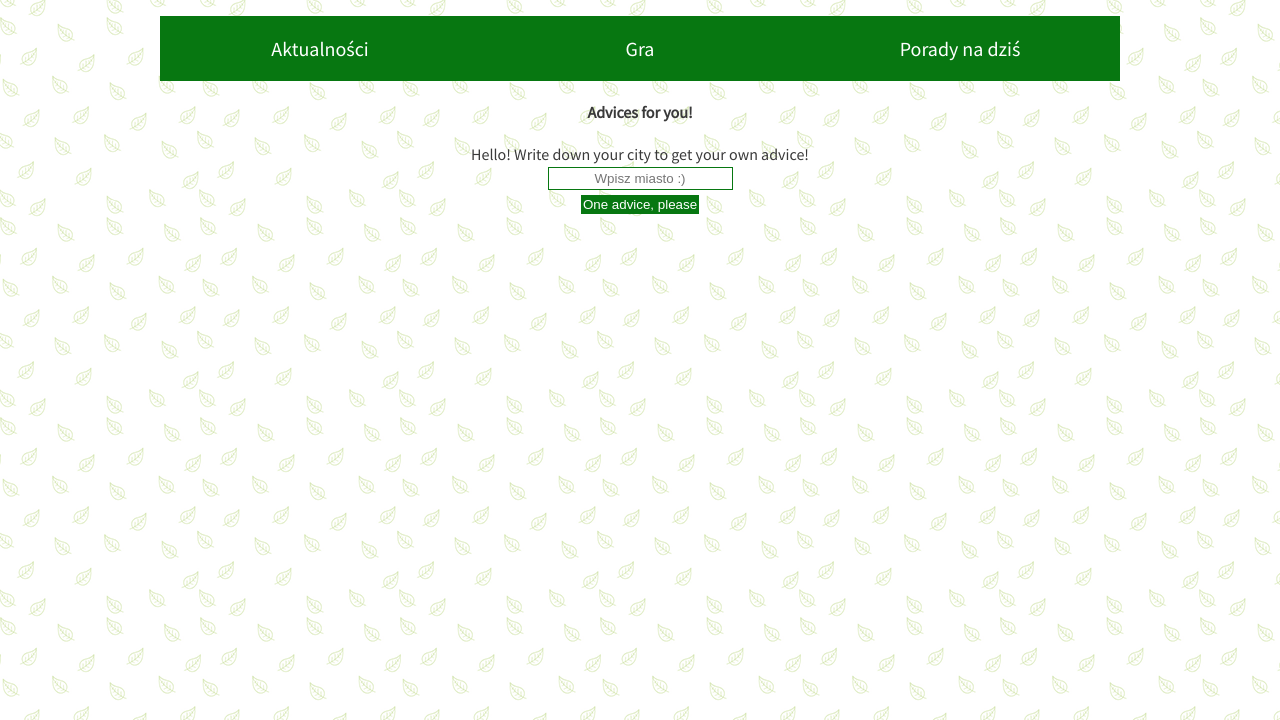
Repository: Karina-00/hackyea
Page: hackyea-master/frontend/pogoda/advice.html
The author's editor kept a copy of each file at every save. The page is drawn from the files as they stood at one save, then again after the next save.
The browser window is 1280 px wide. The pictures show the whole page.

Above is the page before, as saved 2019-09-15 13:39:59.

### hackyea-master/frontend/pogoda/advice.html
<!DOCTYPE HTML>
<html lang="en">
<head>
        <meta charset="utf-8" />
        <meta name="viewport" content="width=device-width, initial-scale=1">
        <meta name="description" content="Get your own environmental advice!"/>
        <link href="https://fonts.googleapis.com/css?family=Source+Sans+Pro&display=swap&subset=latin-ext" rel="stylesheet">
        <link rel="stylesheet" type="text/css" href="../index/artykuly.css">
        <link rel="stylesheet" type="text/css" href="pogoda.css">
        <meta http-equiv="X-UA-Compatible" content="IE=edge,chrome=1" />
        <title>Advices for you</title>

</head>
<body>


<nav>
        <ul>
                <li><a href="../index/index.html">Aktualności</a></li>
                <li><a href="../gra/game.html">Gra</a></li>
                <li><a href="../pogoda/advice.html">Porady na dziś</a></li>
        </ul>
</nav>
<main>


        <div class="gora row">
                <h4>Advices for you!</h4>
                <div class="welcome">Hello! Write down your city to get your own advice!</div>
                <div>
                        <input type="text" id="city" placeholder="Wpisz miasto :)" class="#"></input>
                </div>
                <div><button id="search" class="btn">One advice, please</button></div>
        </div>


        <div class="row" id="result"></div>
</main>
        <script src="advice.js"></script>

</body>
</html>

### hackyea-master/frontend/index/artykuly.css

body{
   background: url(image/leaves.png);
   color: rgb(58, 58, 58);
 }

 /* menu styles */

 nav{
   background: rgb(7, 119, 17);
   position: sticky;
   margin: 0 auto;
   top: 0;
   max-width: 960px;
 }

 nav ul{
   list-style-type: none;
   padding: 0;
 }

 nav a{
   text-decoration: none;
   text-align: center;
   color: #fff;
   font-size: 20px;
   display: block;
   padding: 20px;
 }

 nav a:hover{
   background-color: rgb(5, 78, 11);
   transition: 2s;
 }
/*
 .change-theme{
    margin-left:
 }
 .change-theme label{
   cursor: pointer;
 }

 .change-theme span{
   display: inline-block;
   width: 20px;
   height: 20px;

} */

 header{
    font-size: 40px;
    text-align: center;
    font-weight: bold;
    margin-top: 30px;
 }

 section{
    max-width: 960px;
    margin: auto;
    display: flex;
    flex-direction: column;
    font-size: 28px;
    margin-bottom: 12px;
 }
 .front{
   padding-bottom: 20px;
   padding-top: 20px;
 }
 .front:hover{
   cursor: pointer;
   background-color: rgba(0, 0, 0, 0.062);
   color: rgb(90, 90, 90);
 }

 section h2{
   text-align: center;
 }
 article{
    border: 1px dashed darkgrey;
   justify-content: space-evenly;
    padding: 20px;
 }



 /* flex */

 nav ul{
   display: flex;
   justify-content: space-evenly;
 }

nav li{
  flex: 1 1 0;
}

@media screen and (max-width: 600px){
   nav ul{
      display: flex;
      justify-content: space-evenly;
      flex-direction: column;
    }

   nav li{
     flex: 1 1 0;

   }
}

#tytul{
  font-size: 36px;
  margin-bottom: 12px;
  text-align: center;
}
#opis{
  font-size:16px;
  text-align: justify;
}

### hackyea-master/frontend/pogoda/pogoda.css
body{
    font-family: 'Source Sans Pro', sans-serif;
    text-align: center;
}
.ramka{
    border: 1px solid rgba(0, 0, 0, 0.575);
    background-color: rgba(127, 255, 212, 0.137);
    margin-bottom: 3px;
}
.welcome
{
    margin-bottom: 3px;
}
#h{
    font-size: 14px;
    font-weight: 500;
}
#city{
    margin-bottom: 3px;
    padding: 3px;
    border: 1px solid rgb(7, 119, 17);
    text-align: center;
}
#search{
    margin-bottom: 3px;
    background: rgb(7, 119, 17);
    color: white;
    padding: 2px;
    border:none;
}
#search:hover{
    background: rgb(6, 131, 17);
}

### hackyea-master/frontend/pogoda/advice.js
document.getElementById('search').addEventListener('click', weather);

var temperat;
var wind;
var dataih;
var godzinka;
var chmurki;
var x;
var y;
var z;


var k = 0;

function test(temperat,wind,chmurki,x,y,z)
{
    if(k<2){
        if(temperat>30)
        {
            document.getElementById('result').innerHTML+="<div class='ramka'><div class='termometr'><p><b>It's gonna be hot out there! You better hide, the sun is watching you...</b></p></div><div class='napis'><div>"+x+"</br>"+y+":"+z+"</div> </br> <div style='font-size:20px'>"+temperat+"&#176C</div> </br> "+wind+" m/s</br>"+chmurki+"</div></div>";
        }
        else if (temperat>25)
        {
            document.getElementById('result').innerHTML+="<div class='ramka'><div class='termometr'><p><b>It will be hot, but stable. Wear something nice and say hello to the sun!</b></p></div><div class='napis'><div>"+x+"</br>"+y+":"+z+"</div> </br> <div style='font-size:20px'>"+temperat+"&#176C</div> </br> "+wind+" m/s</br>"+chmurki+"</div></div>";
        }
        else if (temperat>20)
        {
            document.getElementById('result').innerHTML+="<div class='ramka'><div class='termometr'><p><b>Well, it's nice, but also a nice cardigan should be great for you</b></p></div><div class='napis'><div>"+x+"</br>"+y+":"+z+"</div> </br> <div style='font-size:20px'>"+temperat+"&#176C</div> </br> "+wind+" m/s</br>"+chmurki+"</div></div>";
        }
        else if(temperat>10)
        {
            document.getElementById('result').innerHTML+="<div class='place col-md-6 mblank-3 ramka'><div class='termometr'><p><b>Get a jacket with you! It can be nice or not<b></p></div><div class='napis'><div>"+x+"</br>"+y+":"+z+"</div> </br> <div style='font-size:20px'>"+temperat+"&#176C</div> </br> "+wind+" m/s</br>"+chmurki+"</div></div>";
        }
        else if(temperat>0)
        {
            document.getElementById('result').innerHTML+="<div class='ramka'><div class='termometr'><p><b>Winter jacket is neccessary today<b></p></div><div class='napis'><div>"+x+"</br>"+y+":"+z+"</div></br> <div style='font-size:20px'>"+temperat+"&#176C</div> </br> "+wind+" m/s</br>"+chmurki+"</div></div>";
        }
        else if(temperat<=0)
        {
            document.getElementById('result').innerHTML+="<div class='ramka'><div class='termometr'><p><b>It is definetely cold or very cold. Winter is coming.<b></p></div><div class='napis'><div>"+x+"</br>"+y+":"+z+"</div> </br><div style='font-size:20px'>"+temperat+"&#176C</div></br> "+wind+" m/s</br>"+chmurki+"</div></div>";
        }
        k++;
    }
}
var dana;


function weather()
{
    document.getElementById('result').innerHTML="";
    var city=document.getElementById('city').value;



    fetch('https://api.openweathermap.org/data/2.5/forecast?q='+city+'&appid=ae76d0efed32d9f29c4d54a5738b80ca').then(function(response)
    {
        return response.json();
    })
    .then(function(jsonData){
        jsonData.list.forEach(function(item){
            var dataih=item.dt_txt.split(' ',2);
            var godzinka=dataih[1].split(':',3);
            test(Math.floor(item.main.temp-273), item.wind.speed, item.weather[0].description, dataih[0],godzinka[0],godzinka[1]);

                item.weather.forEach(function(ele)
                {
                    chmurki=ele.description;
                });

        });
    })
    k=0;
}

After the next save:
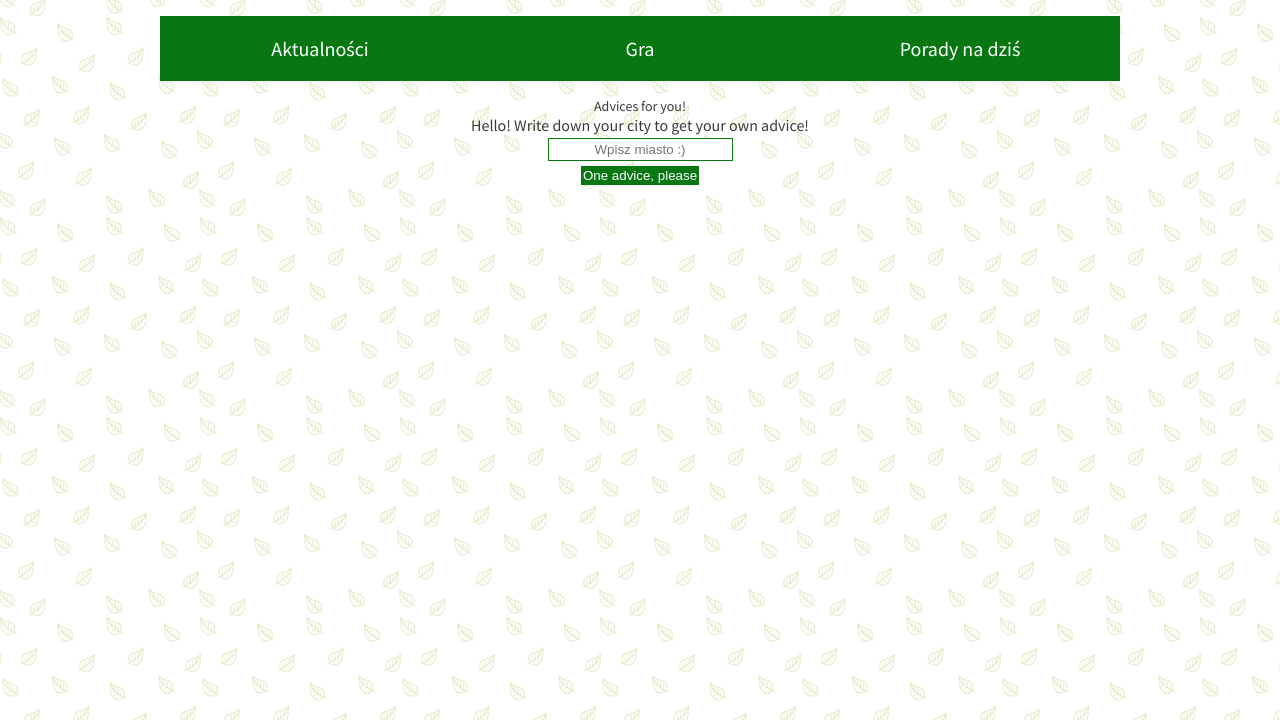
Saved 15 s later.
--- a/hackyea-master/frontend/pogoda/advice.html
+++ b/hackyea-master/frontend/pogoda/advice.html
@@ -25,7 +25,7 @@
 
 
         <div class="gora row">
-                <h4>Advices for you!</h4>
+                <div id="h">Advices for you!</div>
                 <div class="welcome">Hello! Write down your city to get your own advice!</div>
                 <div>
                         <input type="text" id="city" placeholder="Wpisz miasto :)" class="#"></input>

After the save that followed:
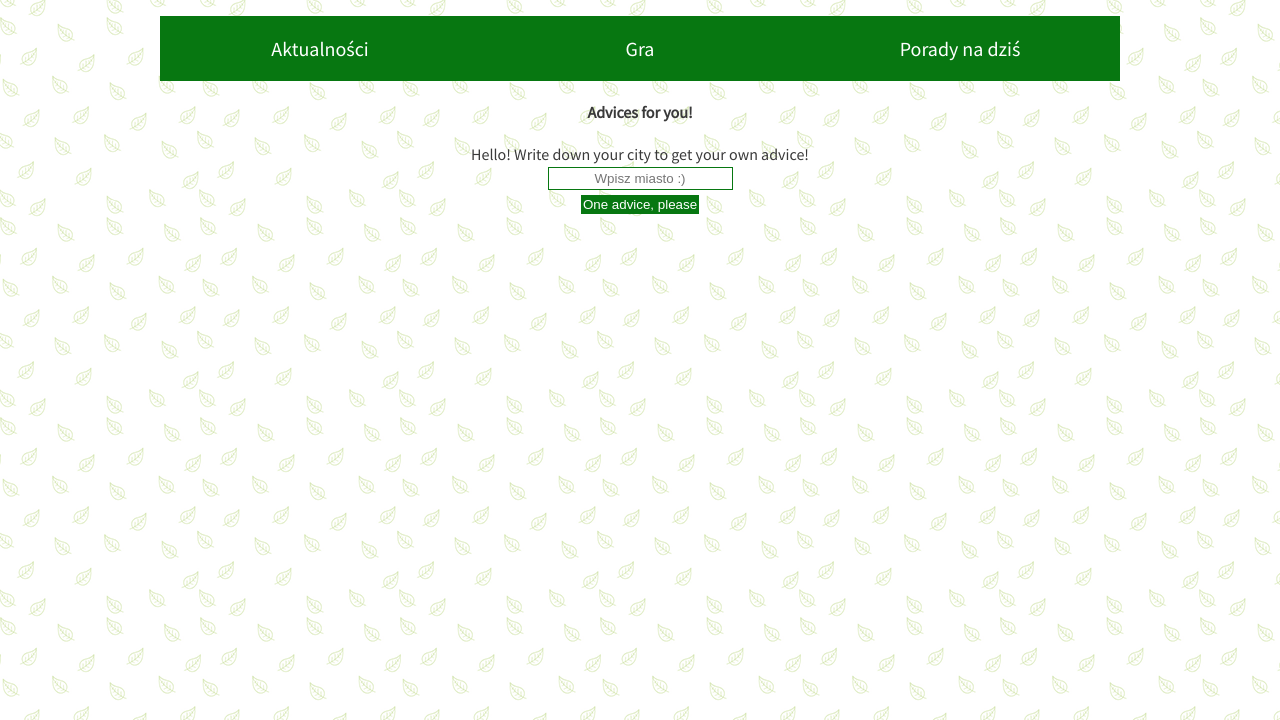
Saved 37 s later.
--- a/hackyea-master/frontend/pogoda/advice.html
+++ b/hackyea-master/frontend/pogoda/advice.html
@@ -25,7 +25,7 @@
 
 
         <div class="gora row">
-                <div id="h">Advices for you!</div>
+                <h4>Advices for you!</h4>
                 <div class="welcome">Hello! Write down your city to get your own advice!</div>
                 <div>
                         <input type="text" id="city" placeholder="Wpisz miasto :)" class="#"></input>
